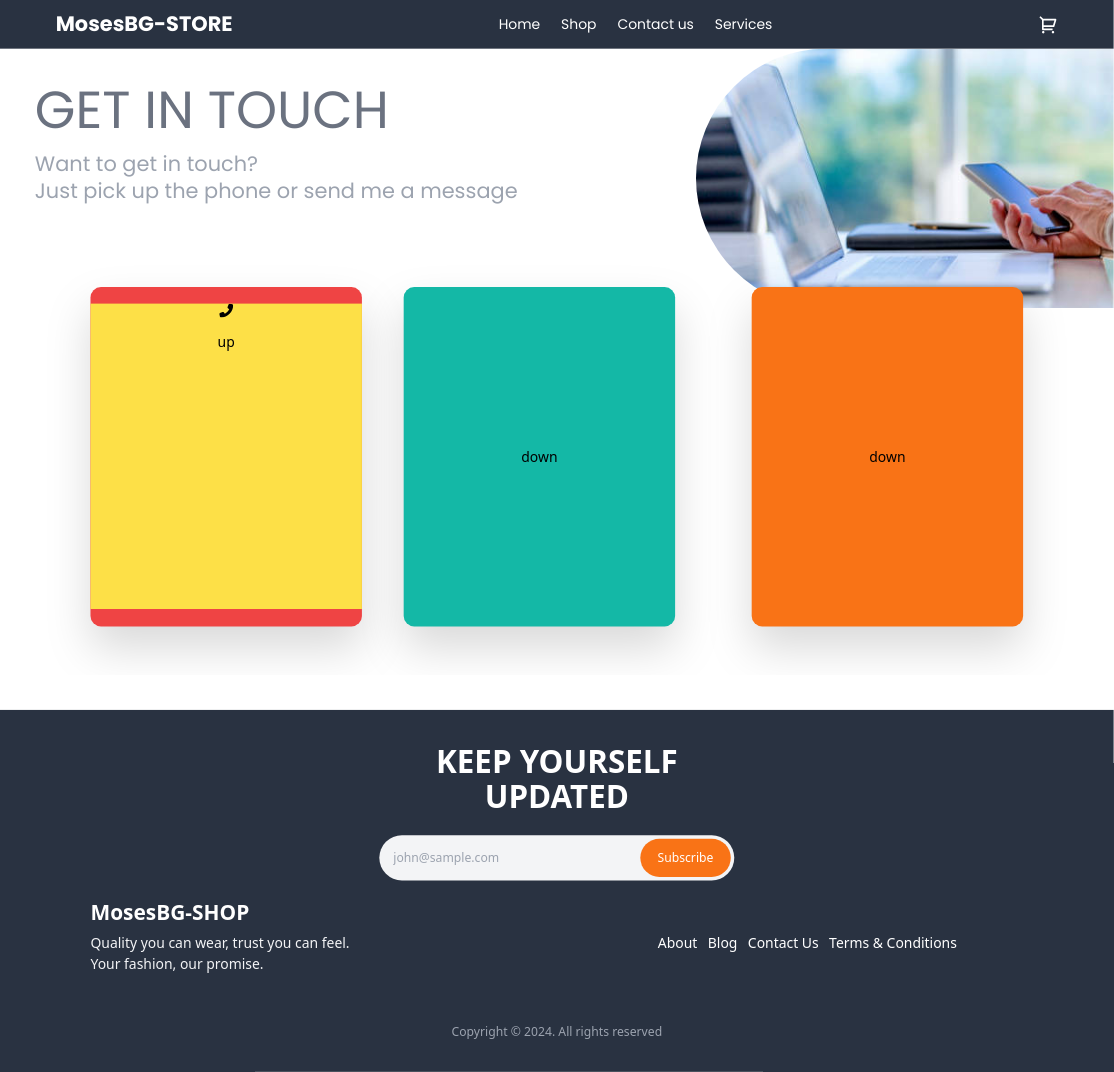
Repository: moshebengan/cart
Page: /fake-store/contact-us
An editor plug-in stored every save of this project. The page is shown before and after the next save, followed by the edit.
The browser window is 1280 px wide. The pictures show the whole page, at 87% of full size.
The project was rebuilt for these pictures with package versions that can differ from the ones it lists, and the page was loaded fresh each time. Also part of the build but not shown: vite.config.js, src/components/Error.jsx, src/utils/data.js, src/utils/apiCalls.js, src/components/Loading.jsx, src/components/Products.jsx, src/pages/HomePage.jsx, src/components/EmptyCart.jsx and 4 more.

Above is the page before, as saved 2024-09-16 09:36:42.

### index.html
<!DOCTYPE html>
<html lang="en">
  <head>
    <meta charset="UTF-8" />
    <link rel="icon" type="image/svg+xml" href="/vite.svg" />
    <meta name="viewport" content="width=device-width, initial-scale=1.0" />
    <link rel="preconnect" href="https://fonts.googleapis.com" />
    <link rel="preconnect" href="https://fonts.gstatic.com" crossorigin />
    <link
      href="https://fonts.googleapis.com/css2?family=Poppins:ital,wght@0,100;0,200;0,300;0,400;0,500;0,600;0,700;0,800;0,900;1,100;1,200;1,300;1,400;1,500;1,600;1,700;1,800;1,900&display=swap"
      rel="stylesheet"
    />
    <title>MosesBG-SHOP</title>
  </head>
  <body>
    <div id="root"></div>
    <script type="module" src="/src/main.jsx"></script>
  </body>
</html>

### src/main.jsx
import { StrictMode } from 'react'
import { createRoot } from 'react-dom/client'

import './index.css'
import { createBrowserRouter, RouterProvider } from 'react-router-dom'
import routes from './routes.jsx'

const router = createBrowserRouter(routes)

createRoot(document.getElementById('root')).render(
  <StrictMode>
    <RouterProvider router={router} />
  </StrictMode>,
)

### src/index.css
@tailwind base;
@tailwind components;
@tailwind utilities;

body,
html {
  height: 100%;
  width: 100%;
}

.container {
  width: 90%;
  margin: auto;
}

### src/routes.jsx
import Error from "./components/Error";
import ContactUs from "./pages/ContactUs";
import HomePage from "./pages/HomePage";
import MyCart from "./pages/MyCart";
import NavigationBar from "./pages/NavigationBar";
import ShopPage from "./pages/ShopPage";


const routes = [
	{
		path: '/fake-store',
		element: <NavigationBar />,
		children: [
			{
				path:"home",
				element:<HomePage/>,
				errorElement: <Error/>
			},
			{ 	path: 'shop',
				 	element: <ShopPage />,
					errorElement: <Error/>

			},
			{
				path: 'cart',
				element: <MyCart />,
				errorElement: <Error/>
			},
			{
				path:'contact-us',
				element: <ContactUs/>,
				errorElement: <Error />
			}
		]

	},

];

export default routes

### src/pages/ContactUs.jsx
import { FaPhone } from "react-icons/fa";
import Footer from "../components/Footer";
import { FaPhoneFlip } from "react-icons/fa6";

const ContactUs = () => {
  return (
    <>
      <div className="w-full h-screen flex flex-col overflow-x-hidden">
        <div className="w-full h-[50%] relative">
          <div className="h-full bg-white flex flex-col">
            <h3 className="text-gray-500 text-6xl ml-10 mt-10 font-poppins">
              GET IN TOUCH
            </h3>
            <h4 className="text-gray-400 text-2xl ml-10 mt-4 font-poppins">
              Want to get in touch? <br />
              Just pick up the phone or send me a message
            </h4>
          </div>
          <img
            src="/contactus2.jpg"
            alt=""
            className="w-[50%] h-full absolute -right-40 top-0 rounded-full object-cover"
          />
        </div>
        <div className="relative w-full h-[70%] bg-white p-4">
        <div className="h-full  bg-transparent flex justify-evenly relative -top-10  ">
          <div className=" ml-10 w-1/4 h-full bg-red-500  flex flex-col items-center justify-center rounded-xl drop-shadow-2xl">
          <div className="bg-yellow-300 h-[90%] w-full items-center flex  flex-col gap-4">
          <FaPhoneFlip />
          up
          </div>

          </div>
          <div className="mr-10 w-1/4 h-full bg-teal-500  flex items-center justify-center rounded-xl drop-shadow-2xl">
            down
          </div>
          <div className="mr-10 w-1/4 h-full bg-orange-500  flex items-center justify-center rounded-xl drop-shadow-2xl">
            down
          </div>
          </div>
        </div>
      </div>

      <Footer/>
    </>
  );
};

export default ContactUs;

### src/pages/NavigationBar.jsx
import { useState } from "react";
import { Link, Outlet } from "react-router-dom";
import { IoMdMenu, IoMdClose } from "react-icons/io";
import Cart from "../components/Cart";

const NavigationBar = () => {
  const [isOpen, setIsOpen] = useState(false);
  const [cartItems, setCartItems] = useState(0);

  const openNav = () => {
    setIsOpen(!isOpen);
  };

  const resetNav = () => {
    if (isOpen) setIsOpen(!isOpen);
  };

  return (
    <>
      <div className="w-full bg-dark-blue font-poppins">
        <div className="container">
          <nav className="py-3 flex justify-between items-center text-white">
            <h1 className="font-bold text-2xl">MosesBG-STORE</h1>
            <div className="hidden md:flex gap-6">
              <Link to={"/fake-store/home"}>Home</Link>
              <Link to={"/fake-store/shop"}>Shop</Link>
              <Link to={"/fake-store/contact-us"}>Contact us</Link>
              <Link>Services</Link>
            </div>
            <div className="flex flex-row items-center gap-5">
              <Cart resetNav={resetNav} items={cartItems} />
              <div className="z-50 md:hidden">
                <button className="flex items-center">
                  {isOpen ? (
                    <IoMdClose className="p1" onClick={openNav} />
                  ) : (
                    <IoMdMenu className="p1" onClick={openNav} />
                  )}
                </button>
              </div>
            </div>
          </nav>
          <div
            className={`container text-dark-blue ${
              isOpen ? "block" : "hidden"
            } `}
          >
            <div className="z-40 fixed top-0 left-0 bottom-0 w-full bg-dark-blu opacity-35"></div>
            <nav className="z-50 fixed top-0 left-0 bottom-0 flex flex-col gap-10 w-5/6 max-w-sm py-6 px-6 bg-[#F8F8F8] overflow-y-auto">
              <div>
                <h1 className="font-bold text-3xl">MosesBG-SHOP</h1>
                <hr className="h-px mt-3 bg-gray-200 border-0" />
              </div>
              <div className="flex flex-col gap-5">
                <Link
                  to={"/fake-store"}
                  className="nav-item-hover"
                  onClick={resetNav}
                >
                  Home
                </Link>
                <Link
                  to={"/fake-store/shop"}
                  className="nav-item-hover"
                  onClick={resetNav}
                >
                  Shop
                </Link>
                <Link className="nav-item-hover">Contact Us</Link>
                <Link className="nav-item-hover">Services</Link>
                <hr className="h-px mt-3 bg-gray-200 border-0" />
              </div>
            </nav>
          </div>
        </div>
      </div>
      <div className="h-screen w-auto">
        <Outlet context={[cartItems, setCartItems]} />
      </div>
    </>
  );
};

export default NavigationBar;

### src/components/Footer.jsx
import { Link } from "react-router-dom";

const Footer = () => {
  return (
    <footer className="w-full h-auto bg-dark-blue mt-10 pb-5">
      <div className="mx-auto max-w-md text-center p-5">
        <h1 className="font-bold text-4xl text-white mt-5 mb-3">
          KEEP YOURSELF UPDATED
        </h1>
        <form className="mt-6">
          <div className="relative max-w-lg">
            <label className="sr-only" htmlFor="email">
              Email
            </label>
            <input
              type="email"
              name="email"
              id="email"
              placeholder="john@sample.com"
              className="w-full rounded-full border-gray-200 bg-gray-100 p-4 pe-32 text-sm font-medium focus:outline-none"
            />
            <button className="absolute end-1 top-1/2 -translate-y-1/2 rounded-full bg-orange-500 px-5 py-3 text-sm font-medium text-white hover:bg-orange-900">
              Subscribe
            </button>
          </div>
        </form>
      </div>
      <div className="container grid grid-cols-1 text-white my-10 md:grid-cols-2">
        <div className="w-full flex flex-col px-10 md:text-left ">
          <h1 className="font-bold text-2xl mb-2">MosesBG-SHOP</h1>
          <p className="mb-4 text-base text-gray-100">
          Quality you can wear, trust you can feel. <br />
          Your fashion, our promise.
          </p>
        </div>
        <div className="w-full flex justify-center items-center gap-6 flex-wrap md:gap-3">
          <Link>About</Link>
          <Link>Blog</Link>
          <Link>Contact Us</Link>
          <Link>Terms & Conditions</Link>
        </div>
      </div>
      <p className="mt-10 mb-4 text-sm text-gray-400 text-center">
        Copyright © 2024. All rights reserved
      </p>
    </footer>
  );
};

export default Footer;

### src/components/Cart.jsx
import { RiShoppingCart2Line } from "react-icons/ri";
import { Link } from "react-router-dom";

const Cart = ({ resetNav, items }) => {
  return (
    <Link to={"/fake-store/cart"} onClick={resetNav}>
      <div className="relative">
        <RiShoppingCart2Line size={"1.4em"} />
        <span className="absolute text-xs bg-orange-500 p-0.3 px-1 text-red-50 rounded-full -top-1.5 left-4">
          {items > 0 ? items : ""}
        </span>
      </div>
    </Link>
  );
};

export default Cart;

### tailwind.config.js
/** @type {import('tailwindcss').Config} */
export default {
  content: [
    "./index.html",
    "./src/**/*.{js,ts,jsx,tsx}",
  ],
  theme: {
    fontFamily: {
      poppins: ["Poppins", "sans-serif"]
    },
    extend: {
      backgroundImage: {
        "homepage-image": "url('/public/bghomepage.jpg')",
        "homepage-darker": "url('/public/darkerbg.jpg')",
        "contact-us-image": "url('/public/contactus.jpg')"
      },
      colors: {
      "dark-blue": "#293241"
    },
    keyframes: {
      'fade-in-out': {
        '0%': { opacity: '0', transform: 'scale(0.95)' },
        '100%': { opacity: '1', transform: 'scale(1)' },
      },
    },
    animation: {
      'fade-in-out': 'fade-in-out 0.5s ease-in-out', // Customize duration and easing
    },
  }
  },
  plugins: [],
}

After the next save:
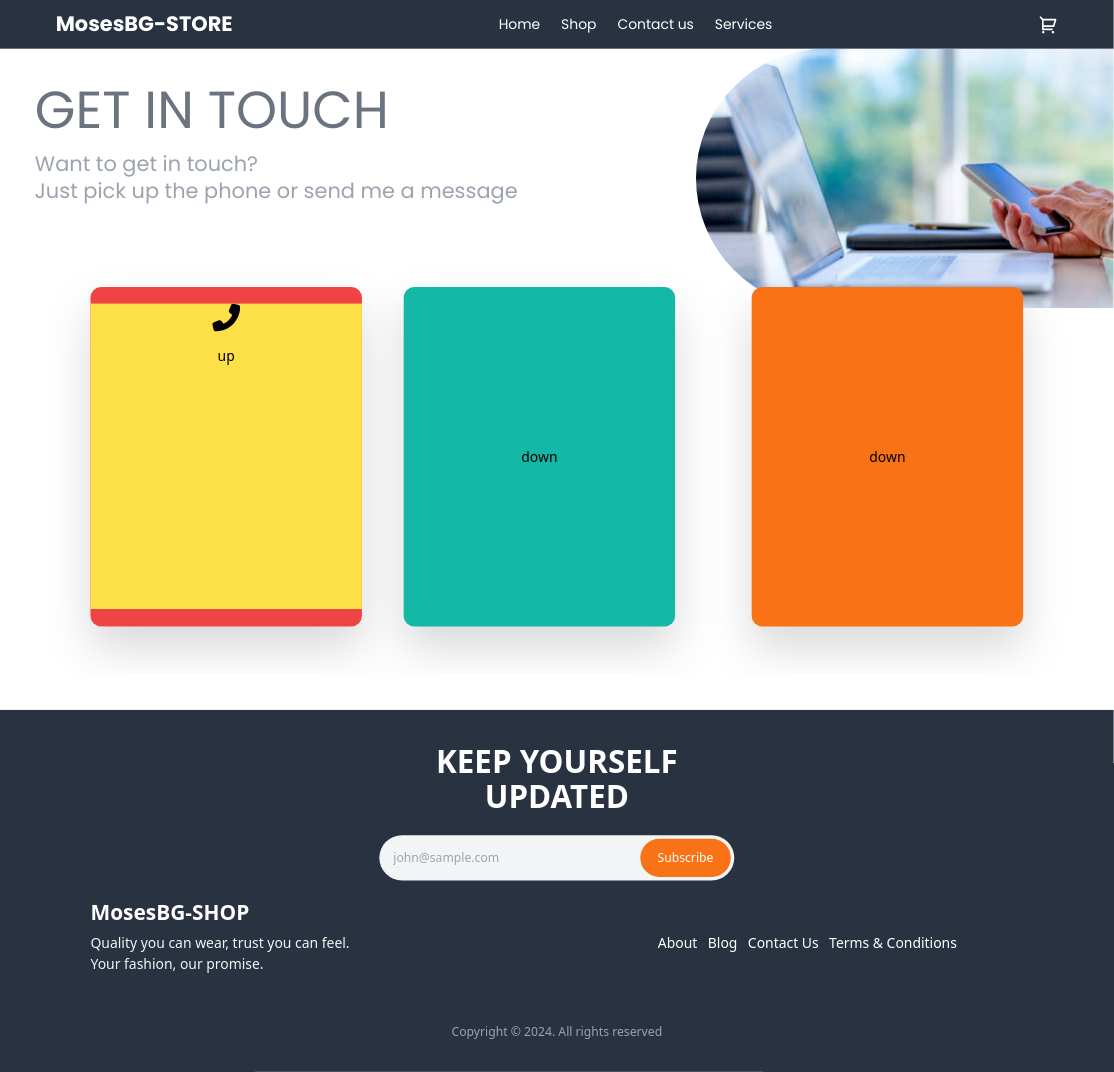
Saved 7 s later.
--- a/src/pages/ContactUs.jsx
+++ b/src/pages/ContactUs.jsx
@@ -26,7 +26,7 @@
         <div className="h-full  bg-transparent flex justify-evenly relative -top-10  ">
           <div className=" ml-10 w-1/4 h-full bg-red-500  flex flex-col items-center justify-center rounded-xl drop-shadow-2xl">
           <div className="bg-yellow-300 h-[90%] w-full items-center flex  flex-col gap-4">
-          <FaPhoneFlip />
+          <FaPhoneFlip size={"2em"}/>
           up
           </div>
 
